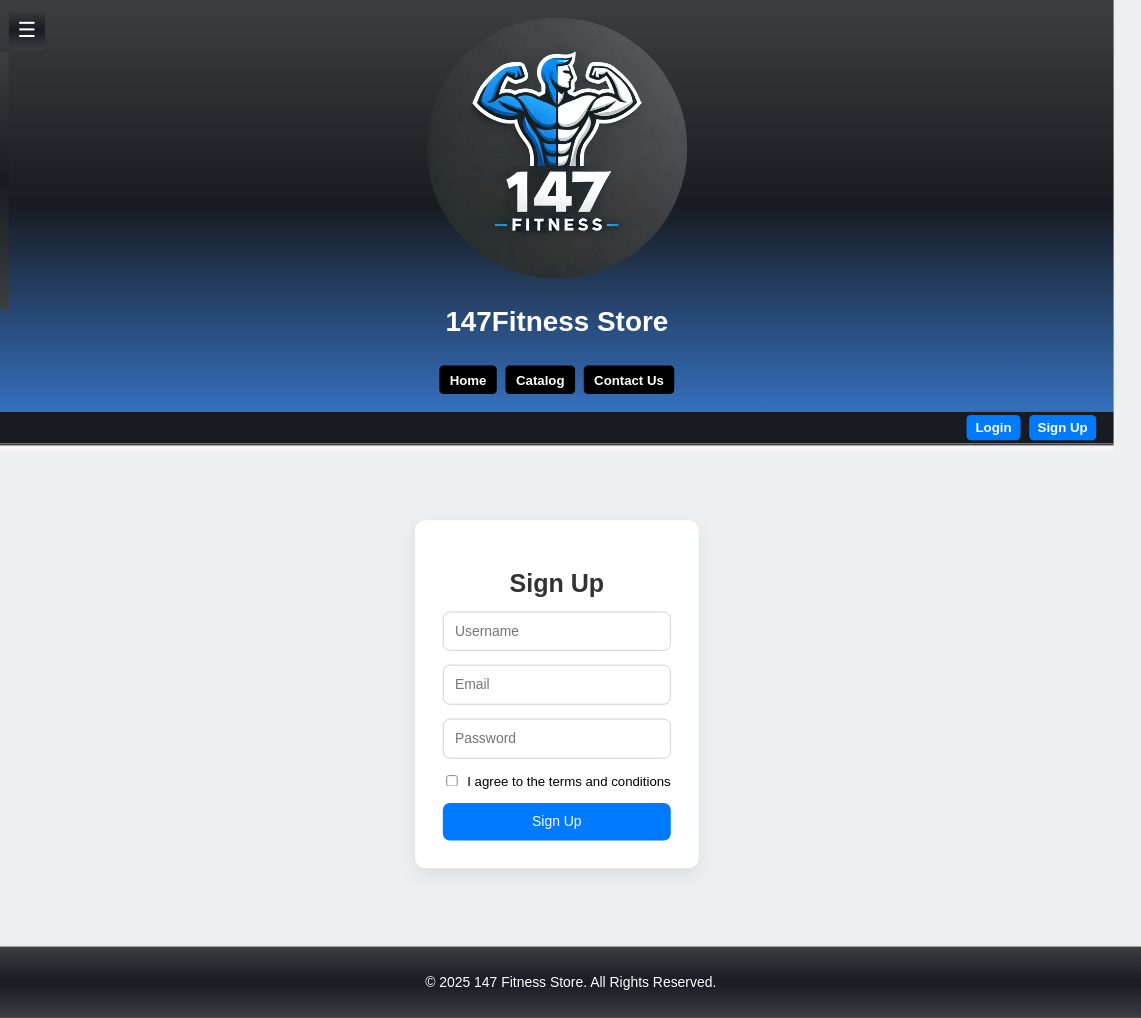
Repository: Amirtx7x/NodeJSproject
Page: /signup (app in client/)
An editor plug-in stored every save of this project. The page is shown before and after the next save, followed by the edit.
The browser window is 1280 px wide. The page is 1312 px wide, so the pictures cover 1312 px, including what lies to the right of the window. The pictures show the whole page, at 87% of full size.
The project was rebuilt for these pictures with package versions that can differ from the ones it lists, and the page was loaded fresh each time. Also part of the build but not shown: client/vite.config.ts, client/src/pages/Home.tsx, client/src/components/OrderModal.tsx, client/src/pages/Products.tsx, client/src/pages/Joinus.tsx, client/src/pages/Login.tsx.

Above is the page before, as saved 2025-06-02 16:38:18.

After the next save:
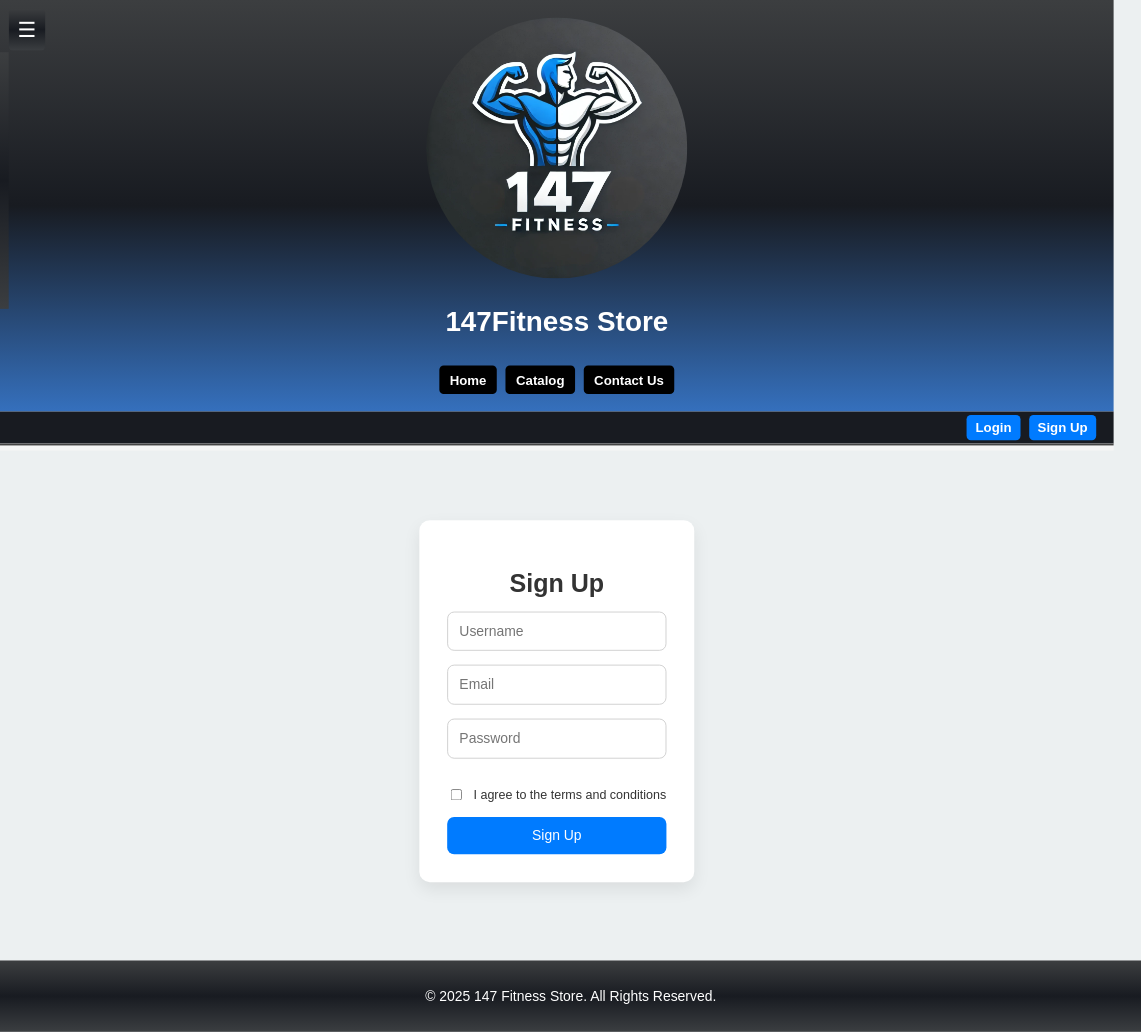
Saved 10 s later.
--- a/client/src/index.css
+++ b/client/src/index.css
@@ -637,3 +637,12 @@
   border-radius: 50%;
   cursor: pointer;
 }
+
+.checkbox-container {
+  display: flex;
+  align-items: center;
+  gap: 10px;
+  margin-top: 1rem;
+  font-size: 0.9rem;
+  color: #333;
+}
